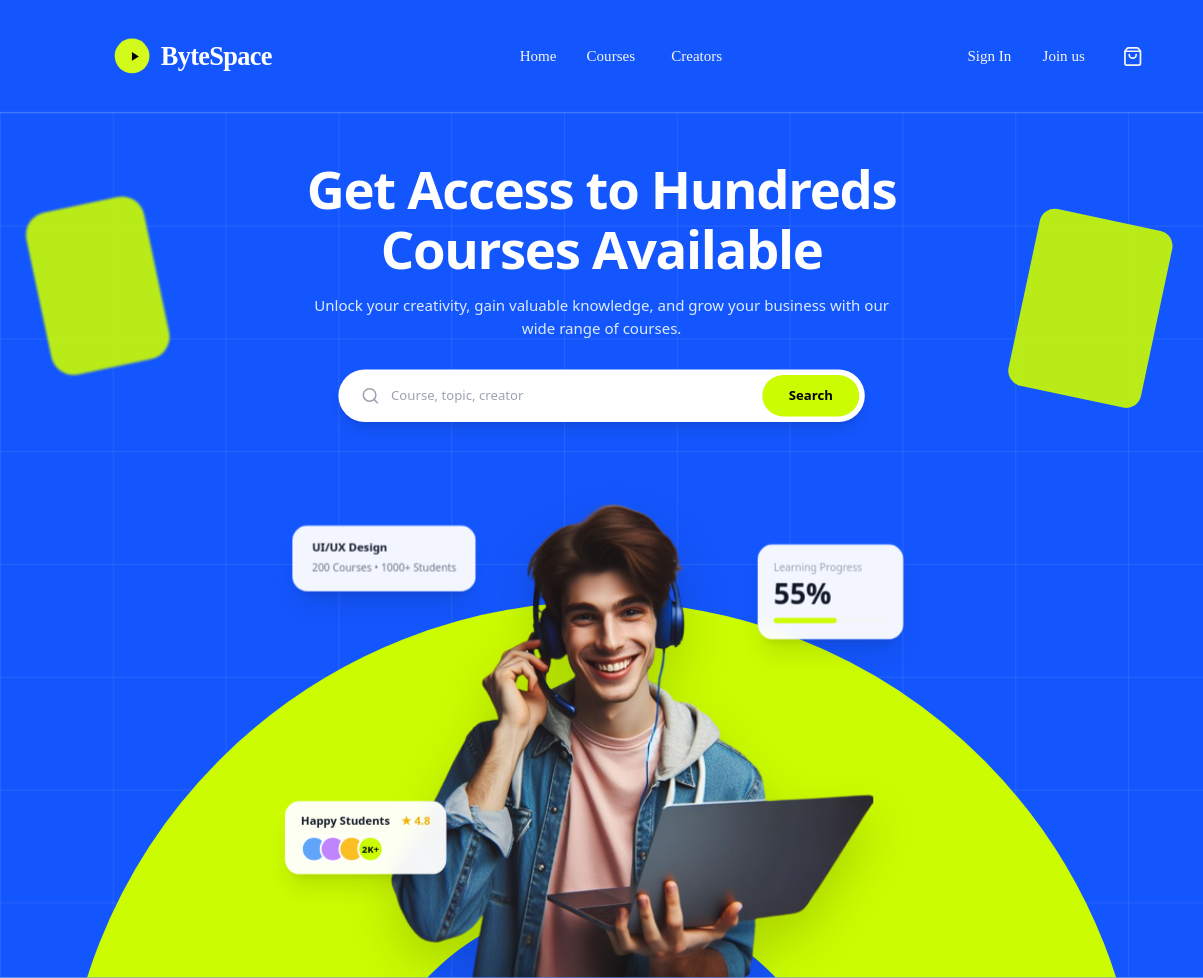
Repository: mdkawsarjomadder/bytespace
Page: /
These files come from the project's save history. The page is drawn as it stood at one moment and after the next save; the edit follows.
The browser window is 1280 px wide. The pictures show the whole page, at 94% of full size.
Some web fonts or font styles are not loaded; a fallback is used. The project was rebuilt for these pictures with package versions that can differ from the ones it lists, and the page was loaded fresh each time. Also part of the build but not shown: vite.config.js.

Above is the page before, as saved 2026-09-29 18:19:16.

### index.html
<!doctype html>
<html lang="en">
  <head>
    <meta charset="UTF-8" />
    <link rel="icon" type="image/svg+xml" href="/favicon.svg" />
    <meta name="viewport" content="width=device-width, initial-scale=1.0" />
    <title>bytespace</title>
  </head>
  <body>
    <div id="root"></div>
    <script type="module" src="/src/main.jsx"></script>
    <link href="https://api.fontshare.com/v2/css?f[]=satoshi@400,500,700&display=swap" rel="stylesheet">
  </body>
</html>

### src/App.jsx
import React from 'react';
import Navbar from './components/Navbar';
import Hero from './components/Hero';

function App() {
  return (
    <div className="min-h-screen bg-gray-50 font-sans">
      <Navbar />
      <Hero />
    </div>
  );
}

export default App;

### src/components/Navbar.jsx
import React from 'react';
import { ShoppingBag } from 'lucide-react';

const Navbar = () => {
  return (
    <header className="w-full h-[120px] bg-[#1456fd] border-b border-blue-400/20 pl-[122px] pr-16 flex items-center justify-between relative z-50">
      {/* 1. Brand Logo (Figma Specs: 171px x 37px) */}
      <div
        className="w-[171px] h-[37px] flex items-center gap-3 cursor-pointer select-none"
        style={{ opacity: 1 }}
      >
        {/* Play Icon Logo */}
        <div className="w-[37px] h-[37px] rounded-full bg-[#d2fb1b] flex items-center justify-center shrink-0">
          <svg
            className="w-4 h-4 text-black fill-current translate-x-0.5"
            viewBox="0 0 24 24"
          >
            <path d="M8 5v14l11-7z" />
          </svg>
        </div>
        {/* Logo Text */}
        <span className="text-[28px] font-bold tracking-tight text-white leading-none font-['Satoshi']">
          ByteSpace
        </span>
      </div>

      {/* 2. Navigation Links */}
      <nav className="hidden md:flex items-center gap-8 font-['Satoshi']">
        <a
          href="#home"
          className="text-[#F5F5F6] text-[16px] leading-[160%] font-normal hover:text-[#d2fb1b] transition-colors"
        >
          Home
        </a>
        <a
          href="#courses"
          className="w-[58px] h-[26px] flex items-center text-[#F5F5F6] text-[16px] leading-[160%] font-normal hover:text-[#d2fb1b] transition-colors"
          style={{ opacity: 1 }}
        >
          Courses
        </a>
        <a
          href="#creators"
          className="text-[#F5F5F6] text-[16px] leading-[160%] font-normal hover:text-[#d2fb1b] transition-colors"
        >
          Creators
        </a>
      </nav>

      {/* 3. Action Buttons & Cart */}
      <div className="flex items-center gap-6 font-['Satoshi']">
        <button
          className="w-[49px] h-[24px] flex items-center justify-center text-[#F5F5F6] text-[16px] leading-[24px] font-normal hover:text-white/80 transition-colors"
          style={{ opacity: 1 }}
        >
          Sign In
        </button>
        <button
          className="h-[24px] px-2 flex items-center justify-center text-[#F5F5F6] text-[16px] leading-[24px] font-normal hover:text-white/80 transition-colors"
          style={{ opacity: 1 }}
        >
          Join us
        </button>
        <button className="text-[#F5F5F6] hover:text-[#d2fb1b] transition-colors flex items-center justify-center ml-2">
          <ShoppingBag size={22} strokeWidth={2} />
        </button>
      </div>
    </header>
  );
};

export default Navbar;

### src/components/Hero.jsx
import React from 'react';
import { Search } from 'lucide-react';
import One1 from '../assets/01.png';

const Hero = () => {
  return (
    <section className="relative w-full bg-[#1456fd] overflow-hidden pt-12 pb-0 text-white flex flex-col items-center justify-between min-h-[920px]">
      {/* 1. Background Grid Pattern */}
      <div className="absolute inset-0 bg-[linear-gradient(to_right,#ffffff15_1px,transparent_1px),linear-gradient(to_bottom,#ffffff15_1px,transparent_1px)] bg-[size:120px_120px] pointer-events-none" />

      {/* 2. Ellipse 7 Background Ring (Figma Exact Position) */}
      <div
        className="absolute rounded-full pointer-events-none z-0"
        style={{
          width: '1149px',
          height: '1149px',
          top: '520px',
          bottom: '-550px',
          left: '50%',
          transform: 'translateX(-50%)',
          border: '320px solid #CBFC01',
          boxSizing: 'border-box',
        }}
      />

      {/* 3. Decorative 3D Elements */}
      <div className="absolute left-10 top-24 w-32 h-44 bg-[#CBFC01] rounded-3xl opacity-90 blur-[1px] transform -rotate-12 pointer-events-none hidden lg:block" />
      <div className="absolute right-12 top-28 w-36 h-48 bg-[#CBFC01] rounded-2xl opacity-90 transform rotate-12 pointer-events-none hidden lg:block" />

      {/* 4. Top Area: Title + Subtitle + Search Bar */}
      <div className="relative z-10 w-full max-w-[1200px] mx-auto px-4 flex flex-col items-center text-center">
        <h1 className="text-4xl md:text-[56px] font-bold tracking-tight text-white leading-[1.15] max-w-[900px]">
          Get Access to Hundreds <br /> Courses Available
        </h1>

        <p className="mt-4 text-sm md:text-base text-blue-100 max-w-[650px] font-normal leading-relaxed">
          Unlock your creativity, gain valuable knowledge, and grow your business with our wide range of courses.
        </p>

        {/* Search Bar */}
        <div className="mt-8 w-full max-w-[560px] bg-white rounded-full p-1.5 pl-6 flex items-center shadow-lg justify-between gap-3">
          <div className="flex items-center gap-3 w-full">
            <Search className="w-5 h-5 text-gray-400 shrink-0" />
            <input
              type="text"
              placeholder="Course, topic, creator"
              className="w-full bg-transparent text-gray-800 placeholder-gray-400 focus:outline-none text-sm font-medium"
            />
          </div>
          <button className="bg-[#CBFC01] hover:bg-[#b5e200] text-black font-semibold text-sm px-7 py-3 rounded-full transition-all duration-200 shrink-0 cursor-pointer">
            Search
          </button>
        </div>
      </div>

      {/* 5. Hero Visual Area (Image sitting flat at section bottom) */}
      <div className="relative w-full max-w-[578px] h-[541px] flex justify-center items-end z-10 mt-auto">

        {/* Main Student Image */}
        <img
          src={One1}
          alt="Student Learning"
          className="w-[578px] h-[541px] object-contain block select-none pointer-events-none drop-shadow-2xl"
        />

        {/* Floating Card: UI/UX Design (Top Left) */}
        <div className="absolute -left-10 top-[60px] z-20 bg-white/95 backdrop-blur text-black p-3.5 px-5 rounded-2xl shadow-xl border border-white/20">
          <span className="text-xs font-bold text-gray-900 block">UI/UX Design</span>
          <span className="text-[11px] text-gray-500 font-medium">200 Courses • 1000+ Students</span>
        </div>

        {/* Floating Card: Learning Progress (Top Right) */}
        <div className="absolute -right-8 top-[80px] z-20 bg-white/95 backdrop-blur text-black p-4 rounded-2xl shadow-xl border border-white/20 min-w-[155px]">
          <span className="text-[11px] font-medium text-gray-400 block mb-1">Learning Progress</span>
          <span className="text-3xl font-extrabold text-gray-900 block leading-none">55%</span>
          <div className="w-full bg-gray-100 h-1.5 rounded-full mt-2.5 overflow-hidden">
            <div className="bg-[#CBFC01] h-full w-[55%] rounded-full" />
          </div>
        </div>

        {/* Floating Card: Happy Students (Bottom Left) */}
        <div className="absolute -left-12 bottom-[110px] z-20 bg-white/95 backdrop-blur text-black p-3 px-4 rounded-2xl shadow-xl border border-white/20">
          <div className="flex items-center justify-between gap-3 mb-2">
            <span className="text-xs font-bold text-gray-900">Happy Students</span>
            <span className="text-xs font-semibold text-yellow-500">★ 4.8</span>
          </div>
          <div className="flex items-center -space-x-2">
            <div className="w-7 h-7 rounded-full bg-blue-400 border-2 border-white"></div>
            <div className="w-7 h-7 rounded-full bg-purple-400 border-2 border-white"></div>
            <div className="w-7 h-7 rounded-full bg-amber-400 border-2 border-white"></div>
            <div className="w-7 h-7 rounded-full bg-[#CBFC01] border-2 border-white flex items-center justify-center text-[10px] font-bold text-black">
              2K+
            </div>
          </div>
        </div>

      </div>
    </section>
  );
};

export default Hero;

Loaded but not shown: src/main.jsx (common file); src/index.css (common file); tailwind.config.js (common file)

After the next save:
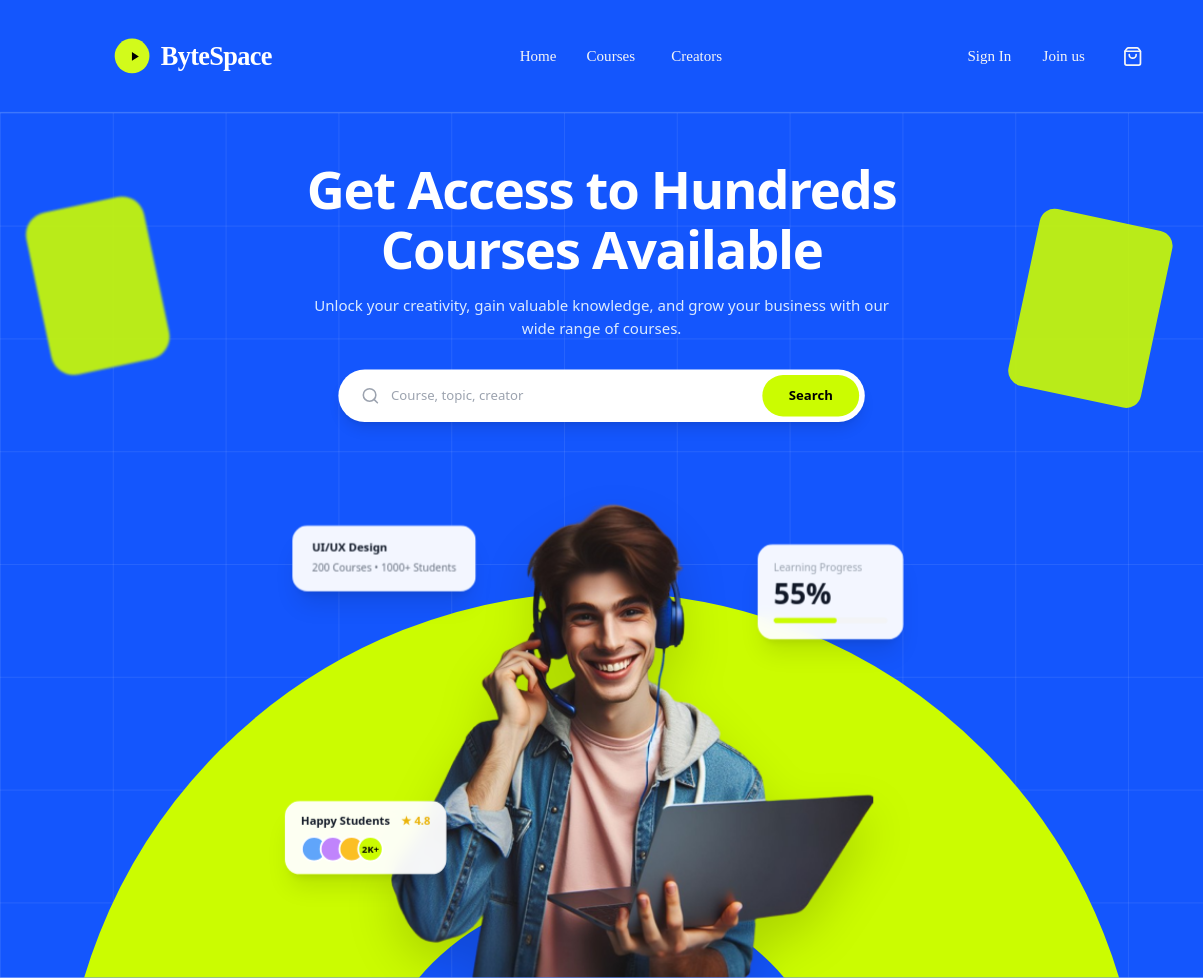
Saved 4 s later.
--- a/src/components/Hero.jsx
+++ b/src/components/Hero.jsx
@@ -14,7 +14,7 @@ const Hero = () => {
         style={{
           width: '1149px',
           height: '1149px',
-          top: '520px',
+          top: '510px',
           bottom: '-550px',
           left: '50%',
           transform: 'translateX(-50%)',
